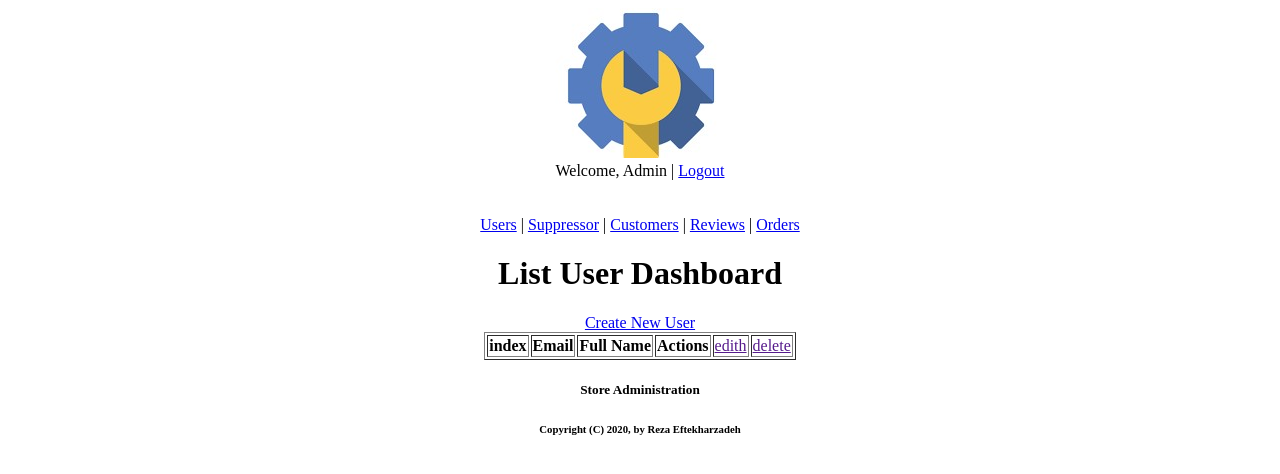
Repository: RezaEftekharzadeh/frey
Page: http://localhost/SilencerStoreProject/admin/user_list.jsp
The author's editor kept a copy of each file at every save. The page is drawn from the files as they stood at one save, then again after the next save.
The browser window is 1280 px wide. The pictures show the whole page.
The page is served by Tomcat 9. Nobody is signed in. The application's start-up code is not run.

Above is the page before, as saved 2020-07-17 11:39:47.

After the next save:
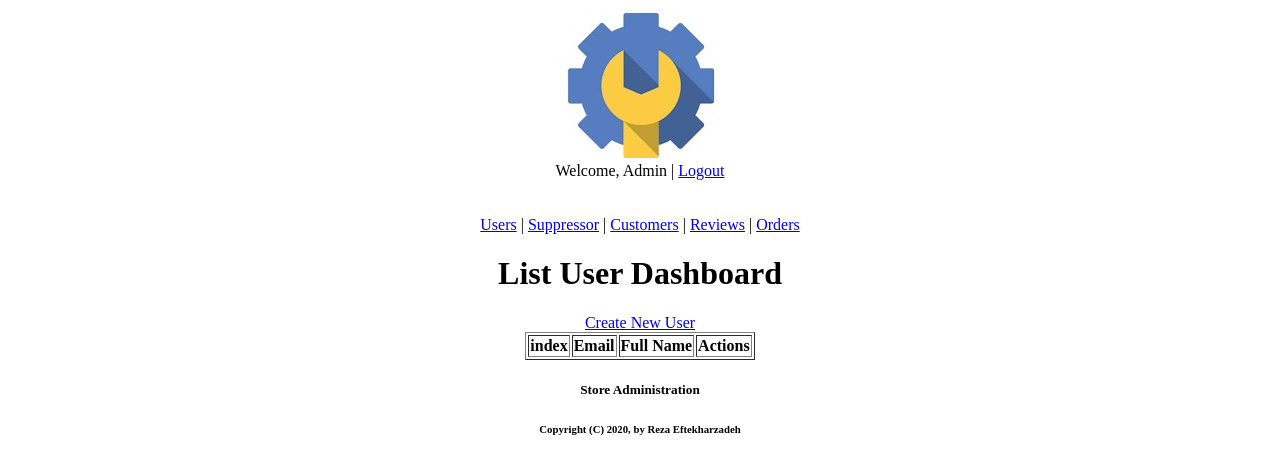
Saved 5 min 41 s later.
--- a/SilencerStoreProject/WebContent/admin/user_list.jsp
+++ b/SilencerStoreProject/WebContent/admin/user_list.jsp
@@ -21,8 +21,7 @@
 				<th>Email</th>
 				<th>Full Name</th>
 				<th>Actions
-					<td><a href="">edith</a></td>
-					<td><a href="">delete</a></td>
+
 				</th>
 			</tr>
 			<c:forEach var="user" items="${listUser}" varStatus="status">
@@ -30,6 +29,10 @@
 					<td>${status.index+1}</td>
 					<td>${user.email}</td>
 					<td>${user.fullName}</td>
+					<td>
+						<a href="">Edith</a>
+						<a href="">Delete</a>
+					</td>
 
 
 				</tr>
